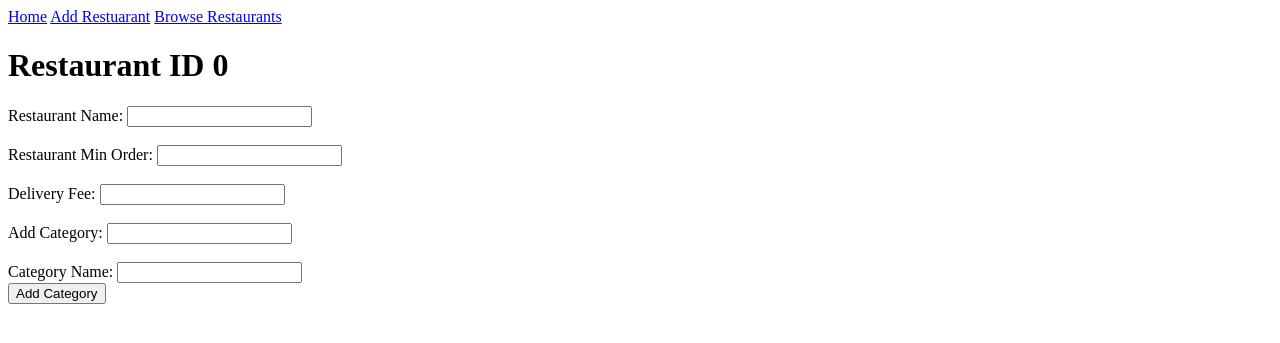
Repository: hudaali14/Carleton
Page: http://localhost/restaurants/0
The author's editor kept a copy of each file at every save. The page is drawn from the files as they stood at one save, then again after the next save.
The browser window is 1280 px wide. The pictures show the whole page.
The page is served by the project's Node server (server.js).

Above is the page before, as saved 2020-03-12 17:32:29.

### 2406/Assignments/Assignment3 (100)/views/pages/restaurantpage.pug
html
    head
        title  You Want Food?
body
    include ../partials/header

    h1 Restaurant ID #{restaurant.id}
    | Restaurant Name:
    input(type= "text", id="restaurantnamepage")
    br
    br
    | Restaurant Min Order:
    input(type= "text", id="restaurantname")
    br
    br
    | Delivery Fee:
    input(type= "text", id="restaurantname")
    br
    br

    | Add Category:
    input(type= "text", id="restaurantname")
    br
    br

    | Category Name:
    input(type= "text", id="restaurantname")
    br
    button(type="button", id="submitbutton") Add Category

### 2406/Assignments/Assignment3 (100)/views/partials/header.pug
div#header
	a(href="/") Home
	|
	a(href="/addrestaurant") Add Restuarant
	|
	a(href="/restaurants") Browse Restaurants
	|

### 2406/Assignments/Assignment3 (100)/server.js
const express = require('express');
const fs = require("fs");
let app = express();


app.set("view engine", "pug");
app.use(express.json())

// app.use(bodyParser.json());
// app.use(bodyParser.urlencoded({ extended: true }));

let restaurants = [];
let restaurantNames = {names: []};
let restaurantIDs = {restaurants: []};
let id = 0;

//Reads all files in restaurant directory
fs.readdir("./restaurants/", function(err, filenames) {
    if (err) {
        response.statusCode = 500;
        response.end("Error reading file.");
        return;
    }
    filenames.forEach(function(filename) {
        fs.readFile("./restaurants/" + filename, 'utf-8', function(err, content) {
            if (err) {
                response.statusCode = 500;
                response.end("Error reading file.");
                return;
			}
            //Saves files to restaurant array
            let res = JSON.parse(content);
			restaurants[res.id] = res;
			//Saves names in restuarantNames array
            restaurantNames.names.push({name: restaurants[res.id].name, id: restaurants[res.id].id});
            restaurantIDs.restaurants.push(restaurants[res.id].id);
            id++;
		});
    });
});

app.get("/", setPage);
app.get("/restaurants", getRestaurants);
app.get("/addrestaurant", addRestaurant);
app.get("/client.js", getClient);
app.get("/restaurants/:restID", getRestaurantId);
app.post("/restaurants", createRestaurant);


function setPage(req, res, next){
    res.format({
        "text/html": function(){
            res.status(200).render("pages/home");
        }
    });
}

function getRestaurants(req, res, next){
    res.format({
        "text/html": function(){
            res.status(200).render("pages/restaurants", {restaurantNames: restaurantNames.names});
        },
        "application/json": function(){
            res.status(200).json(restaurantIDs);
        }
    });
}

function addRestaurant(req, res, next){
    res.format({
        "text/html": function(){
            res.status(200).render("pages/addrestaurant");
        }
    });
}

function getClient(req, res, next){
    fs.readFile("client.js", function(err, data){
        if(err){
            res.statusCode = 500;
            res.end("Error reading file.");
            return;
        }
        res.status(200).send(data);
        return;
    });
}

function createRestaurant(req, res, next){
    res.format({
        "application/json": function(){
            let restaurant = {};
            restaurant.id = id;
            id++;
            restaurant.name = req.body.name;
            restaurant.delivery_fee = parseInt(req.body.delivery_fee);
            restaurant.min_order= parseInt(req.body.min_order);
            restaurant.menu = {};
            restaurants[restaurant.id] = restaurant;
            res.status(200).json(restaurant);

        }
    });
}

function getRestaurantId(req, res, next){
    let resid = req.url.split("/");
    res.format({
        "text/html": function(){
            res.status(200).render("pages/restaurantpage", {restaurant: restaurants[resid[2]]});
        },
        "application/json": function(){
            res.status(200).json(restaurants[resid[2]]);
        }
    });
}

app.listen(3000);
console.log("Server listening at http://localhost:3000");

### 2406/Assignments/Assignment3 (100)/restaurants/frodo.json
{
  "id": 2,
  "name": "Frodo's Flapjacks",
  "min_order": 35,
  "delivery_fee": 6,
  "menu": {
    "Breakfast": {
      "0": {
        "name": "Hobbit Hash",
        "description": "Five flapjacks, potatoes, leeks, garlic, cheese.",
        "price": 9
      },
      "1": {
        "name": "The Full Flapjack Breakfast",
        "description": "Eight flapjacks, two sausages, 3 eggs, 4 slices of bacon, beans, and a coffee.",
        "price": 14
      },
      "2": {
        "name": "Southfarthing Slammer",
        "description": "15 flapjacks and 2 pints of syrup.",
        "price": 12
      }
    },
    "Second Breakfast": {
      "3": {
        "name": "Beorning Breakfast",
        "description": "6 flapjacks smothers in honey.",
        "price": 7.5
      },
      "4": {
        "name": "Shire Strawberry Special",
        "description": "6 flapjacks and a hearty serving of strawberry jam.",
        "price": 8
      },
      "5": {
        "name": "Buckland Blackberry Breakfast",
        "description": "6 flapjacks covered in fresh blackberries. Served with a large side of sausage.",
        "price": 14.99
      }
    },
    "Elevenses": {
      "6": {
        "name": "Lembas",
        "description": "Three pieces of traditional Elvish Waybread",
        "price": 7.7
      },
      "7": {
        "name": "Muffins of the Marish",
        "description": "A variety of 8 different types of muffins, served with tea.",
        "price": 9
      },
      "8": {
        "name": "Hasty Hobbit Hash",
        "description": "Potatoes with onions and cheese. Served with coffee.",
        "price": 5
      }
    },
    "Luncheon": {
      "9": {
        "name": "Shepherd's Pie",
        "description": "A classic. Includes 3 pies.",
        "price": 15.99
      },
      "10": {
        "name": "Roast Pork",
        "description": "An entire pig slow-roasted over a fire.",
        "price": 27.99
      },
      "11": {
        "name": "Fish and Chips",
        "description": "Fish - fried. Chips - nice and crispy.",
        "price": 5.99
      }
    },
    "Afternoon Tea": {
      "12": {
        "name": "Tea",
        "description": "Served with sugar and cream.",
        "price": 3
      },
      "13": {
        "name": "Coffee",
        "description": "Served with sugar and cream.",
        "price": 3.5
      },
      "14": {
        "name": "Cookies and Cream",
        "description": "A dozen cookies served with a vat of cream.",
        "price": 15.99
      },
      "15": {
        "name": "Mixed Berry Pie",
        "description": "Fresh baked daily.",
        "price": 7
      }
    },
    "Dinner": {
      "16": {
        "name": "Po-ta-to Platter",
        "description": "Boiled. Mashed. Stuck in a stew.",
        "price": 6
      },
      "17": {
        "name": "Bree and Apple",
        "description": "One wheel of brie with slices of apple.",
        "price": 7.99
      },
      "18": {
        "name": "Maggot's Mushroom Mashup",
        "description": "It sounds disgusting, but its pretty good",
        "price": 6.5
      },
      "19": {
        "name": "Fresh Baked Bread",
        "description": "A whole loaf of the finest bread the Shire has to offer.",
        "price": 6
      },
      "20": {
        "name": "Pint of Ale",
        "description": "Yes, it comes in pints.",
        "price": 5
      }
    },
    "Supper": {
      "21": {
        "name": "Sausage Sandwich",
        "description": "Six whole sausages served on a loaf of bread. Covered in onions, mushrooms and gravy.",
        "price": 15.99
      },
      "22": {
        "name": "Shire Supper",
        "description": "End the day as you started it, with a dozen flapjacks, 5 eggs, 3 sausages, 7 pieces of bacon, and a pint of ale.",
        "price": 37.99
      }
    }
  }
}

### 2406/Assignments/Assignment3 (100)/restaurants/legolas.json
{
  "id": 1,
  "name": "Lembas by Legolas",
  "min_order": 15,
  "delivery_fee": 3.99,
  "menu": {
    "Lembas": {
      "0": {
        "name": "Single",
        "description": "One piece of lembas.",
        "price": 3
      },
      "1": {
        "name": "Double",
        "description": "Two pieces of lembas.",
        "price": 5.5
      },
      "2": {
        "name": "Triple",
        "description": "Three pieces, which should be more than enough.",
        "price": 8
      }
    },
    "Combos": {
      "3": {
        "name": "Second Breakfast",
        "description": "Two pieces of lembas with honey.",
        "price": 7.5
      },
      "4": {
        "name": "There and Back Again",
        "description": "All you need for a long journey - 6 pieces of lembas, salted pork, and a flagon of wine.",
        "price": 25.99
      },
      "5": {
        "name": "Best Friends Forever",
        "description": "Lembas and a heavy stout.",
        "price": 6.6
      }
    }
  }
}

### 2406/Assignments/Assignment3 (100)/restaurants/aragorn.json
{
  "id": 0,
  "name": "Aragorn's Orc BBQ",
  "min_order": 20,
  "delivery_fee": 5,
  "menu": {
    "Appetizers": {
      "0": {
        "name": "Orc feet",
        "description": "Seasoned and grilled over an open flame.",
        "price": 5.5
      },
      "1": {
        "name": "Pickled Orc fingers",
        "description": "Served with warm bread, 5 per order.",
        "price": 4
      },
      "2": {
        "name": "Sauron's Lava Soup",
        "description": "It's just really spicy water.",
        "price": 7.5
      },
      "3": {
        "name": "Eowyn's (In)Famous Stew",
        "description": "Bet you can't eat it all.",
        "price": 0.5
      },
      "4": {
        "name": "The 9 rings of men.",
        "description": "The finest of onion rings served with 9 different dipping sauces.",
        "price": 14.5
      }
    },
    "Combos": {
      "5": {
        "name": "Buying the Farm",
        "description": "An arm and a leg, a side of cheek meat, and a buttered biscuit.",
        "price": 15.99
      },
      "6": {
        "name": "The Black Gate Box",
        "description": "Lots of unidentified pieces. Serves 50.",
        "price": 65
      },
      "7": {
        "name": "Mount Doom Roast Special with Side of Precious Onion Rings.",
        "description": "Smeagol's favorite.",
        "price": 15.75
      },
      "8": {
        "name": "Morgoth's Scorched Burgers with Chips",
        "description": "Blackened beyond recognition.",
        "price": 13.33
      },
      "10": {
        "name": "Slab of Lurtz Meat with Greens.",
        "description": "Get it while supplies last.",
        "price": 17.5
      },
      "11": {
        "name": "Rangers Field Feast.",
        "description": "Is it chicken? Is it rabbit? Or...",
        "price": 5.99
      }
    },
    "Drinks": {
      "12": {
        "name": "Orc's Blood Mead",
        "description": "It's actually raspberries - Orc's blood would be gross.",
        "price": 5.99
      },
      "13": {
        "name": "Gondorian Grenache",
        "description": "A fine rose wine.",
        "price": 7.99
      },
      "14": {
        "name": "Mordor Mourvedre",
        "description": "A less-fine rose wine.",
        "price": 5.99
      }
    }
  }
}

After the next save:
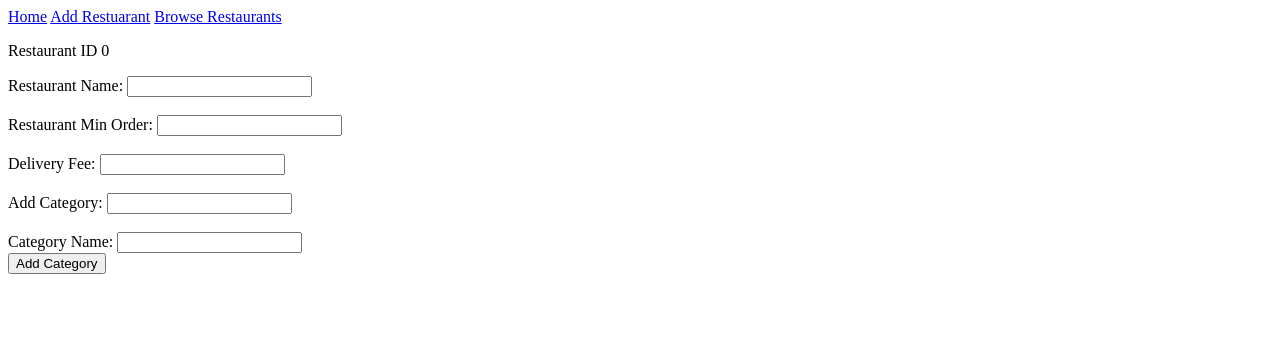
Saved 10 s later.
--- a/2406/Assignments/Assignment3 (100)/views/pages/restaurantpage.pug
+++ b/2406/Assignments/Assignment3 (100)/views/pages/restaurantpage.pug
@@ -4,7 +4,7 @@ html
 body
     include ../partials/header
 
-    h1 Restaurant ID #{restaurant.id}
+    p Restaurant ID #{restaurant.id}
     | Restaurant Name:
     input(type= "text", id="restaurantnamepage")
     br
